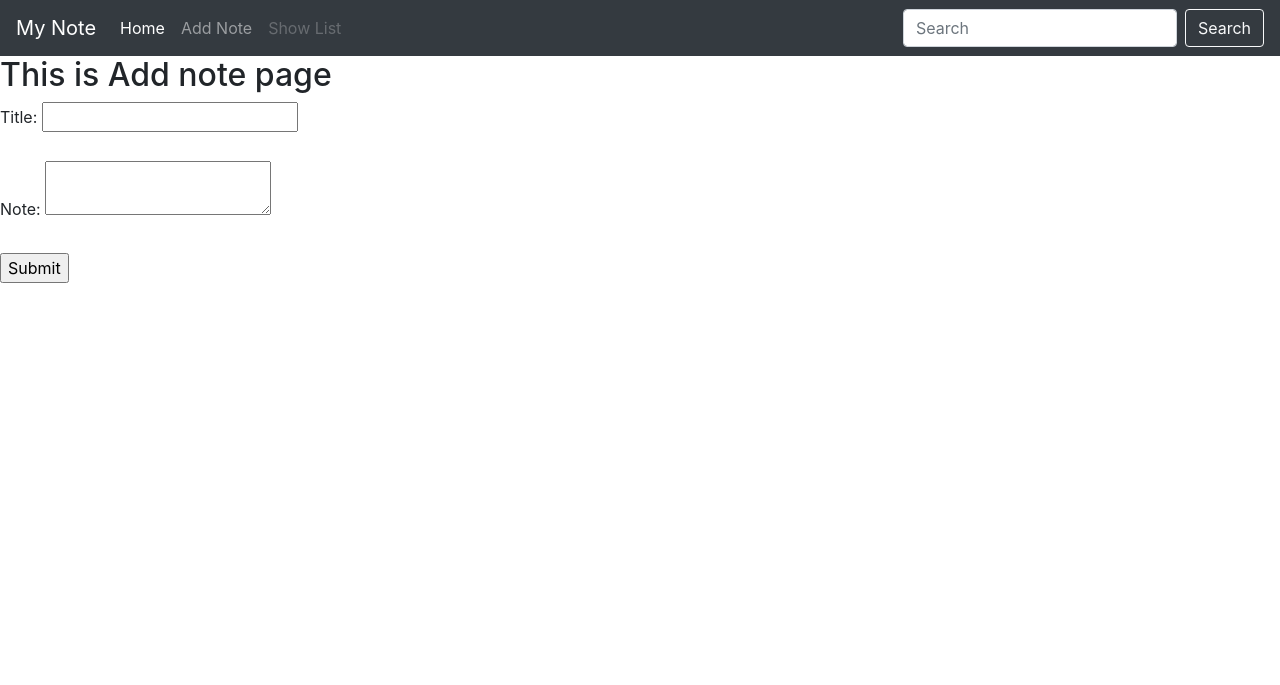
Repository: anshpn8/Java_Spring
Page: http://localhost/MyNotes/add_note.jsp
The author's editor kept a copy of each file at every save. The page is drawn from the files as they stood at one save, then again after the next save.
The browser window is 1280 px wide. The pictures show the whole page.
The page is served by Tomcat 9.

Above is the page before, as saved 2024-04-14 08:50:38.

After the next save:
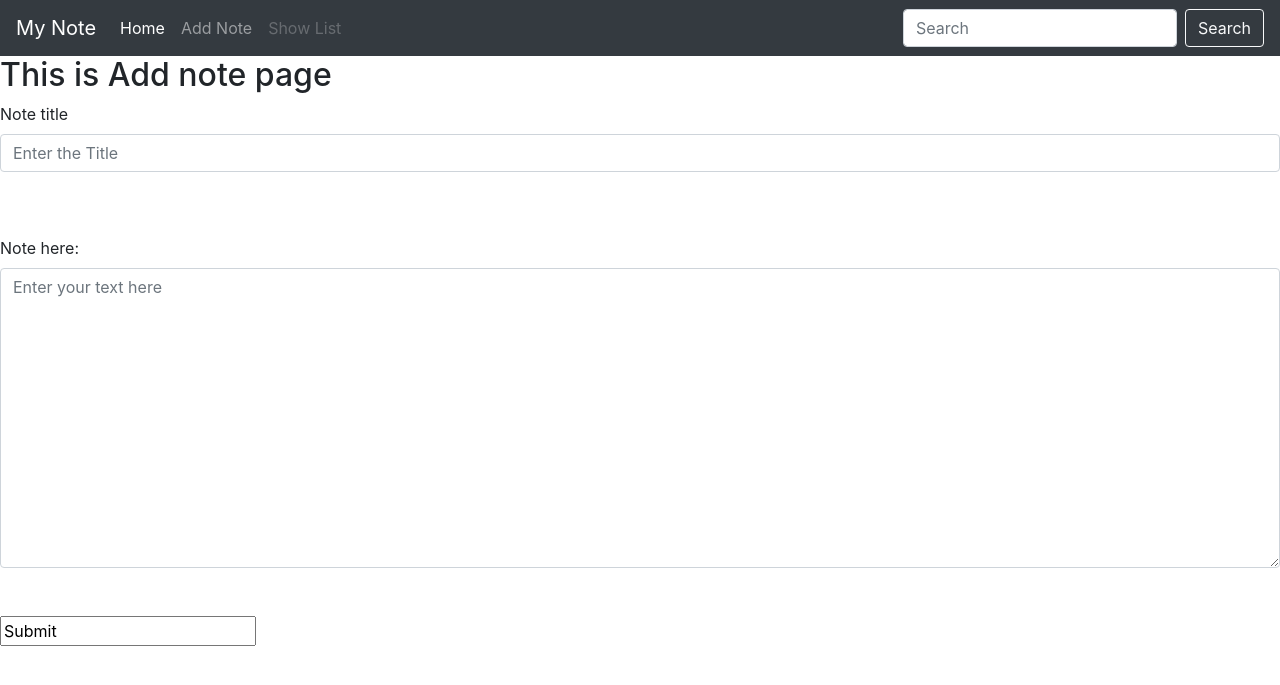
Saved 10 min 28 s later.
--- a/MyNotes/src/main/webapp/add_note.jsp
+++ b/MyNotes/src/main/webapp/add_note.jsp
@@ -14,17 +14,17 @@
     <%@include file="navbar.jsp" %>
     <h2>This is Add note page</h2>
     </div>
-    <form>
-  <div>
-    <label for="title">Title:</label>
-    <input type="text" id="title" name="title"><br><br>
+
+  <div class="form-group">
+    <label for="title">Note title</label>
+    <input type="text" id="title" name="title" class="form-control" area-describedby="emailHelp" placeholder="Enter the Title"><br><br>
   </div>
   <div>
-    <label for="note">Note:</label>
-    <textarea id="note" name="note"></textarea><br><br>
+    <label for="note">Note here:</label>
+    <textarea for="content" id="content" name="note" placeholder="Enter your text here" class="form-control" style="height:300px"></textarea><br><br>
   </div>
-  <input type="submit" value="Submit">
-</form>
+  <input type="Add" value="Submit">
+
 
 </body>
 </html>
